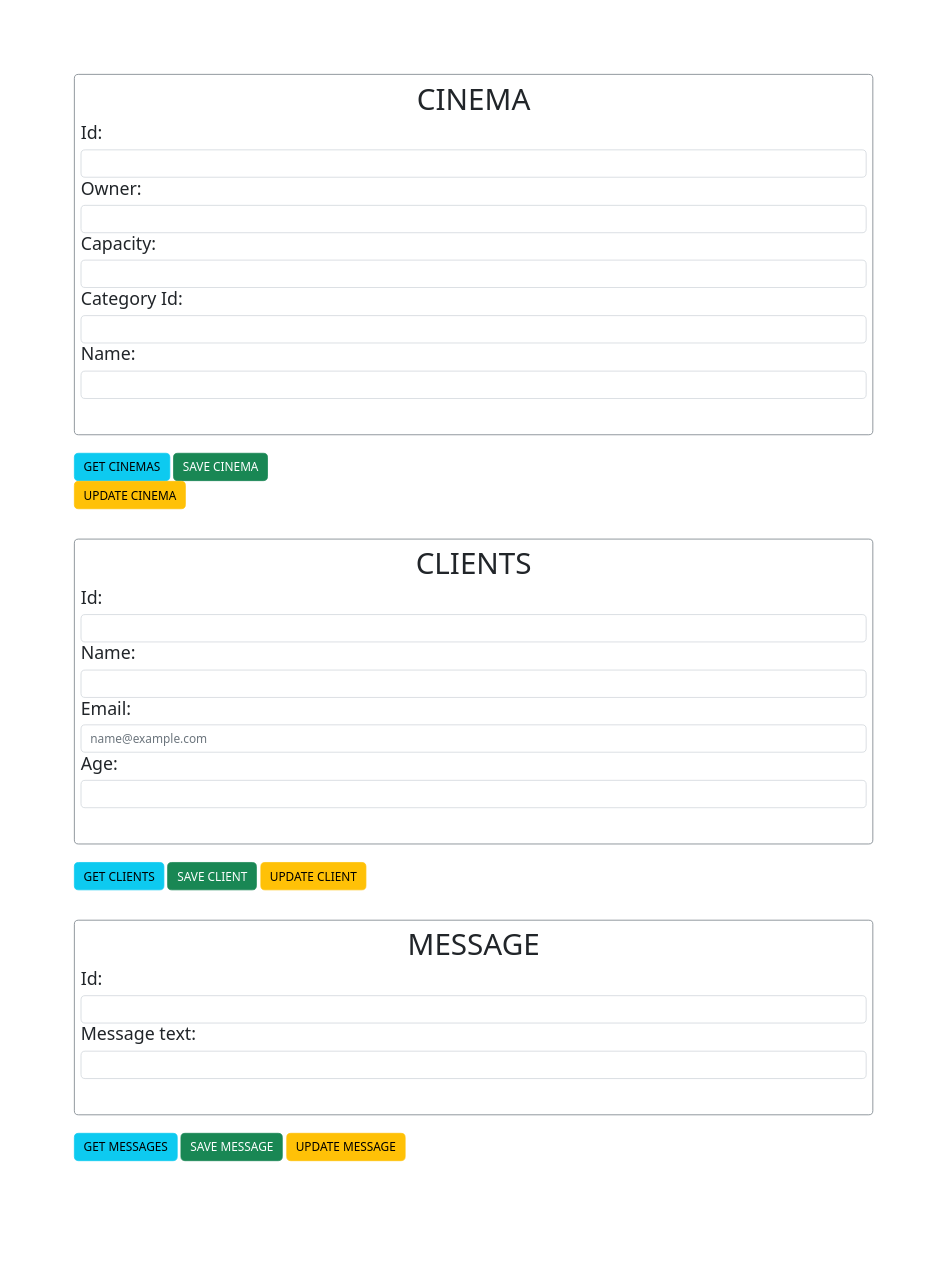
Repository: almendezl/MisionTIC
Page: index.html
These files come from the project's save history. The page is drawn as it stood at one moment and after the next save; the edit follows.
The browser window is 1280 px wide. The pictures show the whole page, at 74% of full size.

Above is the page before, as saved 2022-10-02 16:06:13.

After the next save:
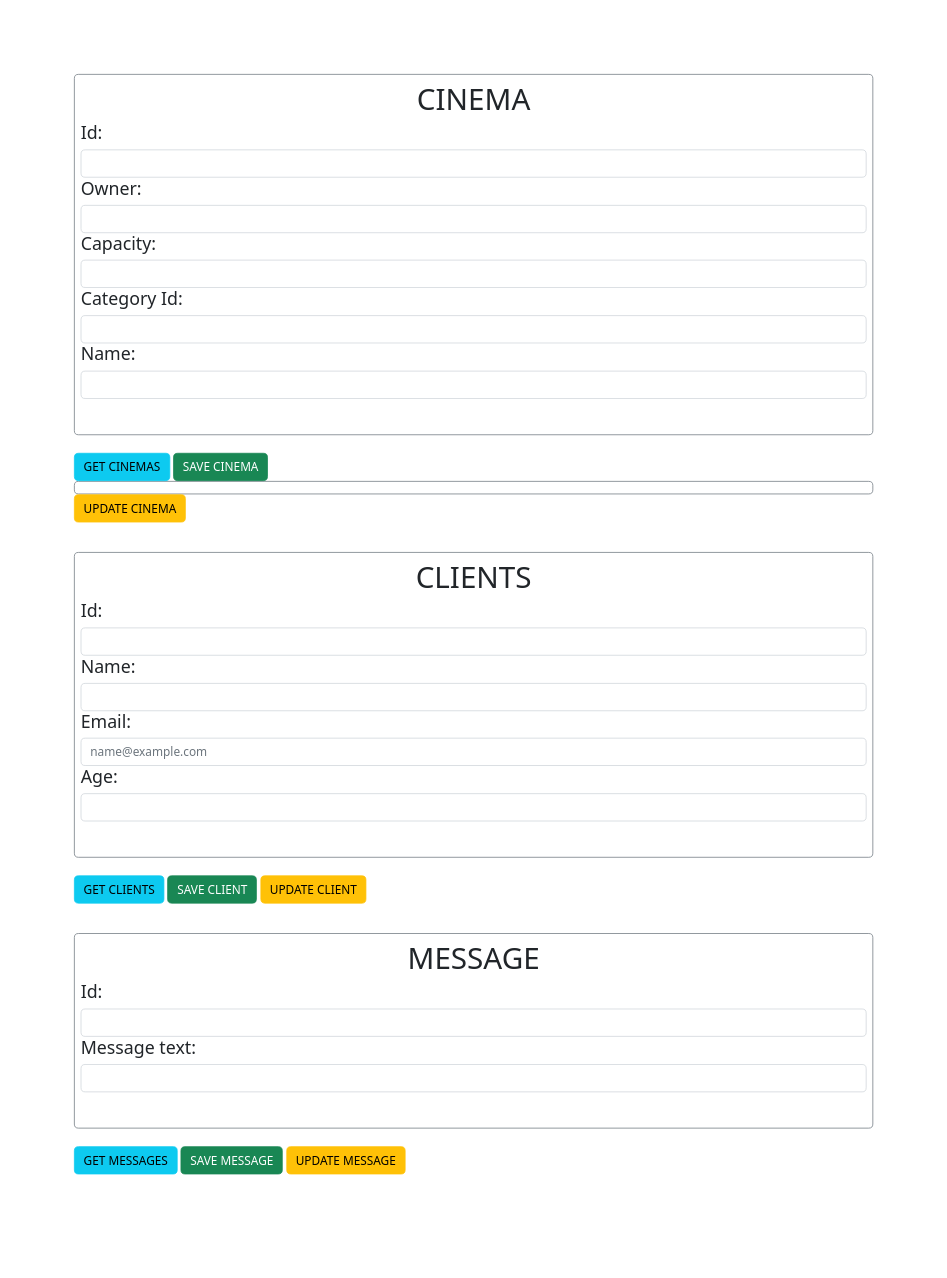
Saved 50 s later.
--- a/index.html
+++ b/index.html
@@ -53,7 +53,7 @@
 
     <button class="btn btn-success" onclick="setCinema()">SAVE CINEMA</button>
 
-    <div id="editCinema">
+    <div class=" p-2 rounded border border-secondary" id="editCinema">
 
     </div>
     <button class="btn btn-warning" onclick="updateCinema()">UPDATE CINEMA</button><br><br>

After the 3 saves that followed:
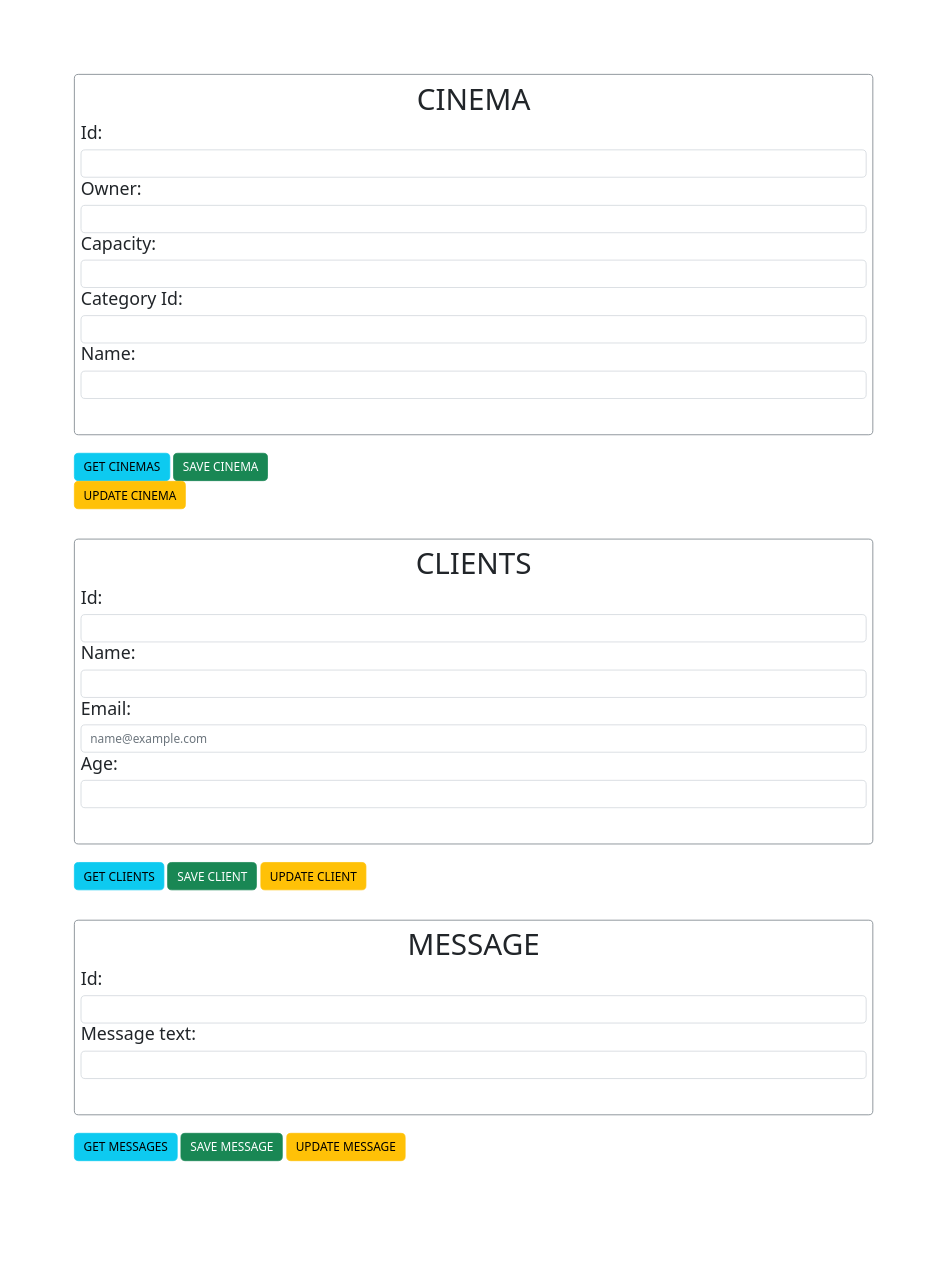
The 3 saves are shown as one change because 2 left the picture as it was.
The last was saved 82 s later.
--- a/index.html
+++ b/index.html
@@ -51,9 +51,9 @@
 
     <button class="btn btn-info" onclick="getCinemas()">GET CINEMAS</button>
 
-    <button class="btn btn-success" onclick="setCinema()">SAVE CINEMA</button>
+    <button class="btn btn-success" onclick="setCinema()">SAVE CINEMA</button><br>
 
-    <div class=" p-2 rounded border border-secondary" id="editCinema">
+    <div id="editCinema">
 
     </div>
     <button class="btn btn-warning" onclick="updateCinema()">UPDATE CINEMA</button><br><br>
--- a/myScript.js
+++ b/myScript.js
@@ -41,7 +41,7 @@ function getCinemas(){
 
 }
 function editCinema(item){
-    $("#editCinema").append("<form action=''><div class='form-group'><h4 class='label label-default' >Id: </h4><input disabled class='form-control' type='number' id='cinemaIdEdit'></div><div class='form-group'><h4 class='label label-default' >Owner: </h4><input class='form-control' type='text' id='cinemaOwnerEdit'></div><div class='form-group'><h4 class='label label-default' >Capacity: </h4><input class='form-control' type='number' id='cinemaCapacityEdit' ></div><div class='form-group'><h4 class='label label-default' >Category Id: </h4><input class='form-control' type='number' id='cinemaCategoryEdit'></div><div class='form-group'><h4 class='label label-default' >Name: </h4><input class='form-control' type='text' id='cinemaNameEdit'><br></div></form>");
+    $("#editCinema").append(" <div class=' p-2 rounded border border-secondary' ><form action=''><div class='form-group'><h4 class='label label-default' >Id: </h4><input disabled class='form-control' type='number' id='cinemaIdEdit'></div><div class='form-group'><h4 class='label label-default' >Owner: </h4><input class='form-control' type='text' id='cinemaOwnerEdit'></div><div class='form-group'><h4 class='label label-default' >Capacity: </h4><input class='form-control' type='number' id='cinemaCapacityEdit' ></div><div class='form-group'><h4 class='label label-default' >Category Id: </h4><input class='form-control' type='number' id='cinemaCategoryEdit'></div><div class='form-group'><h4 class='label label-default' >Name: </h4><input class='form-control' type='text' id='cinemaNameEdit'><br></div></form></div>");
     console.log(item);
     $("#cinemaIdEdit").val(item.id);
     $("#cinemaOwnerEdit").val(item.owner);
